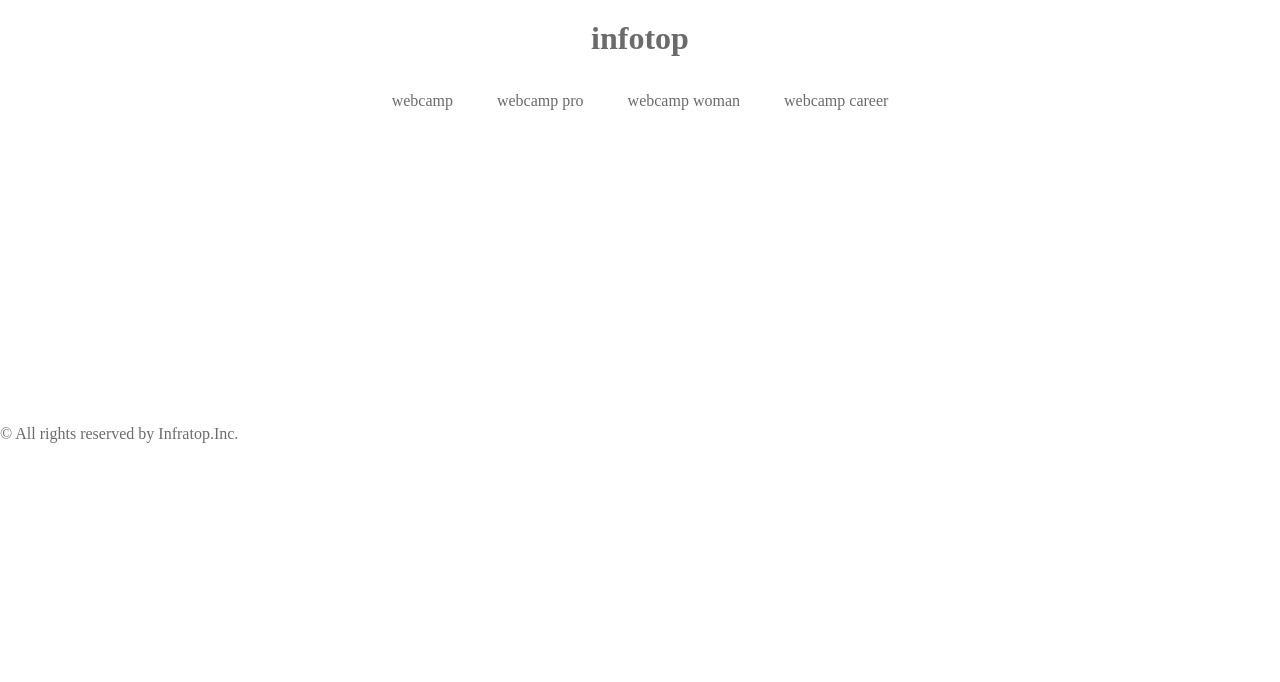
Repository: decknoboh/exercise1-8
Page: exercise1-5/index.html
The author's editor kept a record of every edit. The page is drawn from the files as they stood at one moment, then again after the next edit.
The browser window is 1280 px wide. The pictures show the whole page.

Above is the page before.

### exercise1-5/index.html
<!DOCTYPE html>
<html lang="ja">
  <head>
    <meta charset="utf-8" />
    <link rel="stylesheet" href="style.css" />
    <title>infratop</title>
  </head>

  <body>
    <header>
      <h1>
        <a href="index.html">
          infotop
        </a>
      </h1>
    </header>
    <nav>
    <ul class="nav-list">
      <li class="nav-list-item">
        <a href="index.html">webcamp</a>
      </li>
      <li class="nav-list-item">
        <a href="index.html">webcamp pro</a>
      </li>
      <li class="nav-list-item">
        <a href="index.html">webcamp woman</a>
      </li>
      <li class="nav-list-item">
        <a href="index.html">webcamp career</a>
      </li>
    </ul>
    </nav>
    <div class="main">
      <div class="box1"></div>
      <div class="box2"></div>
      <div class="box3"></div>
      <div class="box4"></div>
      <div class="box5"></div>
      <div class="box6"></div>
      <div class="box7"></div>
      <div class="box8"></div>
      <div class="box9"></div>
      <div class="box10"></div>
      <div class="box11"></div>
      <div class="box12"></div>
    </div>
    <footer>
      <p class="footer-text">© All rights reserved by Infratop.Inc.</p>
    </footer>
  </body>
</html>

### exercise1-5/style.css
*{
  margin: 0;
  padding: 0;
  box-sizing: border-box;
  color: #6c6b6b;
}

a{
  text-decoration: none;
}

header{
  width: 100%;
  padding: 20px 0;
  text-align: center;
}

.nav-list{
  text-align: center;
  padding: 15px 0;
  margin: 0 auto;
}

.nav-list-item{
  list-style: none;
  display: inline-block;
  margin: 0 20px;
}

.main{
  width: 800px;
  margin: 50px auto;
  display: flex;
  flex-wrap: wrap;
}

.box1{
  width: 200px;
  height: 200px;
  background-color:
}

.box2{
  width: 200px;
  height: 200px;
  background-color:
}

.box3{
  width: 200px;
  height: 200px;
  background-color:
}

.box4{
  width: 200px;
  height: 200px;
  background-color:
}

.box1{
  width: 200px;
  height: 200px;
  background-color:
}

.box1{
  width: 200px;
  height: 200px;
  background-color:
}

.box1{
  width: 200px;
  height: 200px;
  background-color:
}

.box1{
  width: 200px;
  height: 200px;
  background-color:
}

.box1{
  width: 200px;
  height: 200px;
  background-color:
}

.box1{
  width: 200px;
  height: 200px;
  background-color:
}

.box1{
  width: 200px;
  height: 200px;
  background-color:
}

.box1{
  width: 200px;
  height: 200px;
  background-color:
}

After the next edit:
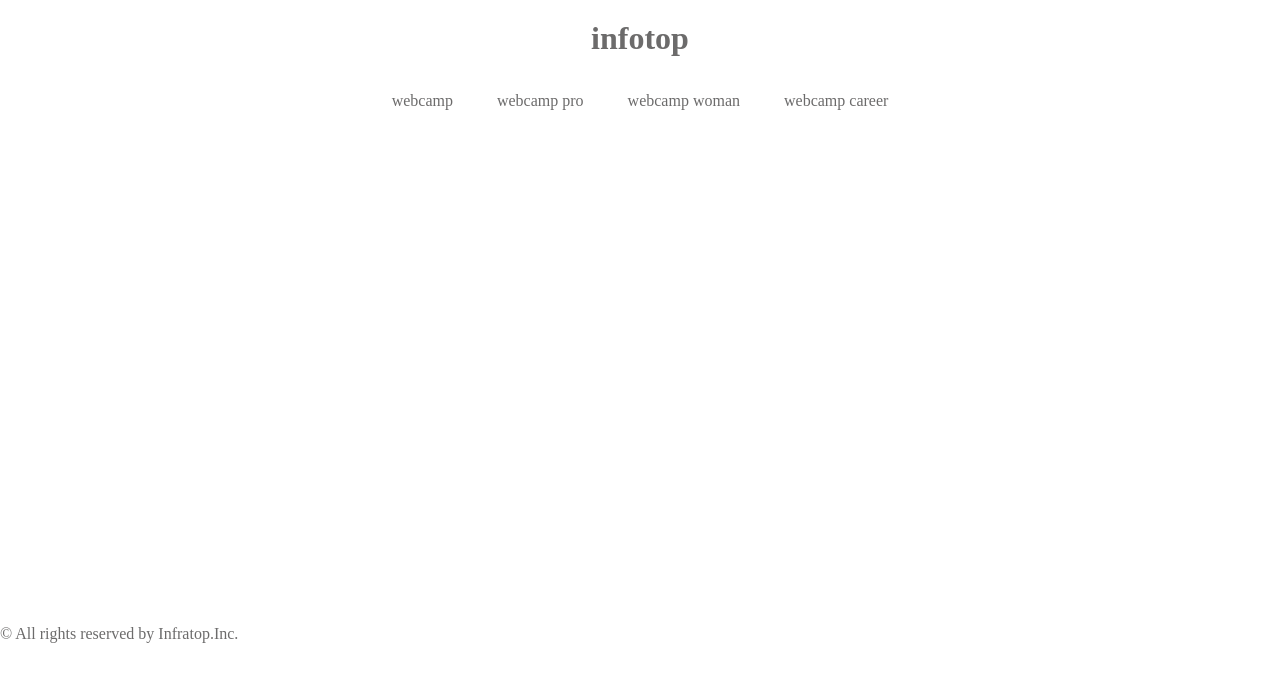
The edit:
--- a/exercise1-5/style.css
+++ b/exercise1-5/style.css
@@ -58,7 +58,7 @@
   background-color:
 }
 
-.box1{
+.box5{
   width: 200px;
   height: 200px;
   background-color:
